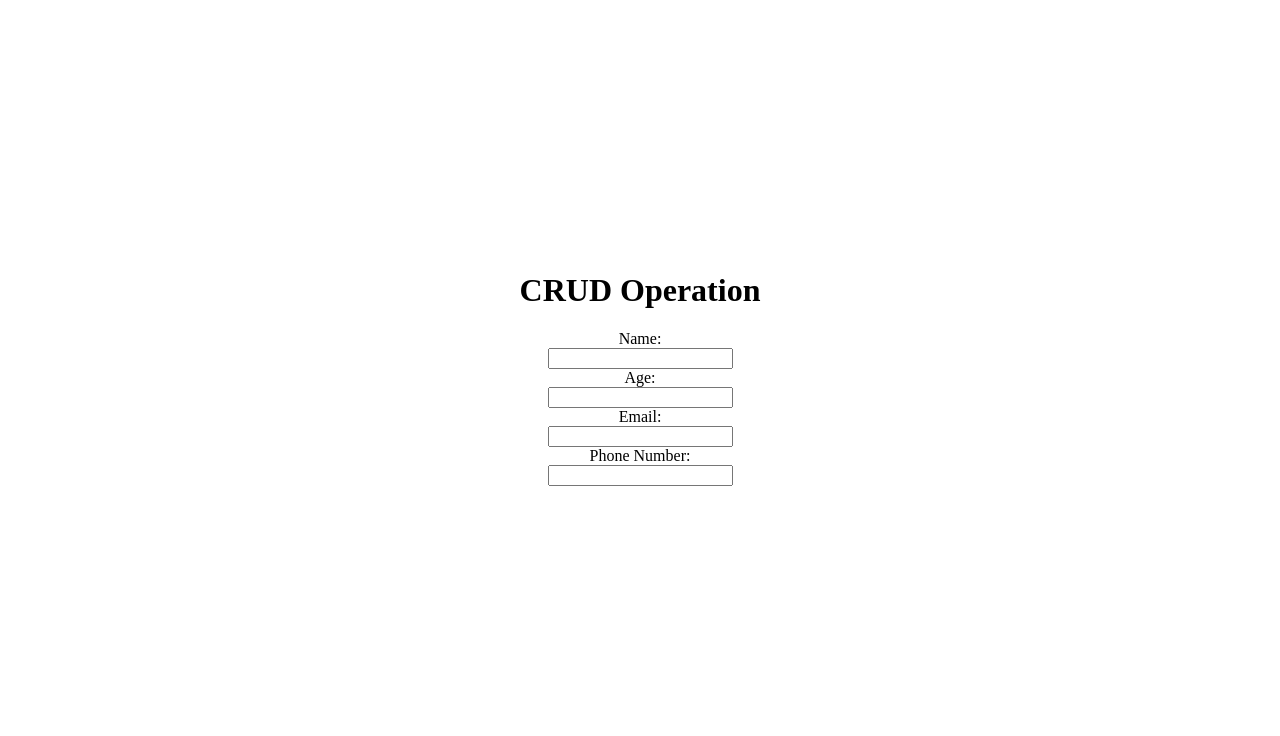
Repository: Josephkennedy603/CRUD-Operation
Page: /
These files come from the project's save history. The page is drawn as it stood at one moment and after the next save; the edit follows.
The browser window is 1280 px wide. The pictures show the whole page.
The project was rebuilt for these pictures with package versions that can differ from the ones it lists, and the page was loaded fresh each time. Also part of the build but not shown: src/index.css.

Above is the page before, as saved 2024-03-02 20:30:50.

### src/App.jsx
import { useState } from 'react';
import './App.css';

const App = () => {

const [name,setName] =useState();
const [age,setAge] =useState();
const [email,setEmail] =useState();
const [pnumber,setPnumber] =useState();

  return(
    <div className='main-container'>
    <h1>CRUD Operation</h1>
    <form  action="">
      Name: <input type="text" onClick={(e)=>setName(e.target.value)} />
      Age: <input type="text" onClick={(e)=>setAge(e.target.value)} />
      Email: <input type="text" onClick={(e)=>setEmail(e.target.value)}/>
      Phone Number: <input type="number" onClick={(e)=>setPnumber(e.target.value)}/>
    </form>
    </div>
  )
}

export default App;

### src/App.css
.main-container {
  display: flex;
  flex-direction: column;
  justify-content: center;
  align-items: center;

  height: 100vh;
}

.main-container form {
  display: flex;
  flex-direction: column;
  justify-content: center;
  align-items: center;
}

Loaded but not shown: public/index.html (common file); src/index.js (common file); src/reportWebVitals.js (common file)

After the next save:
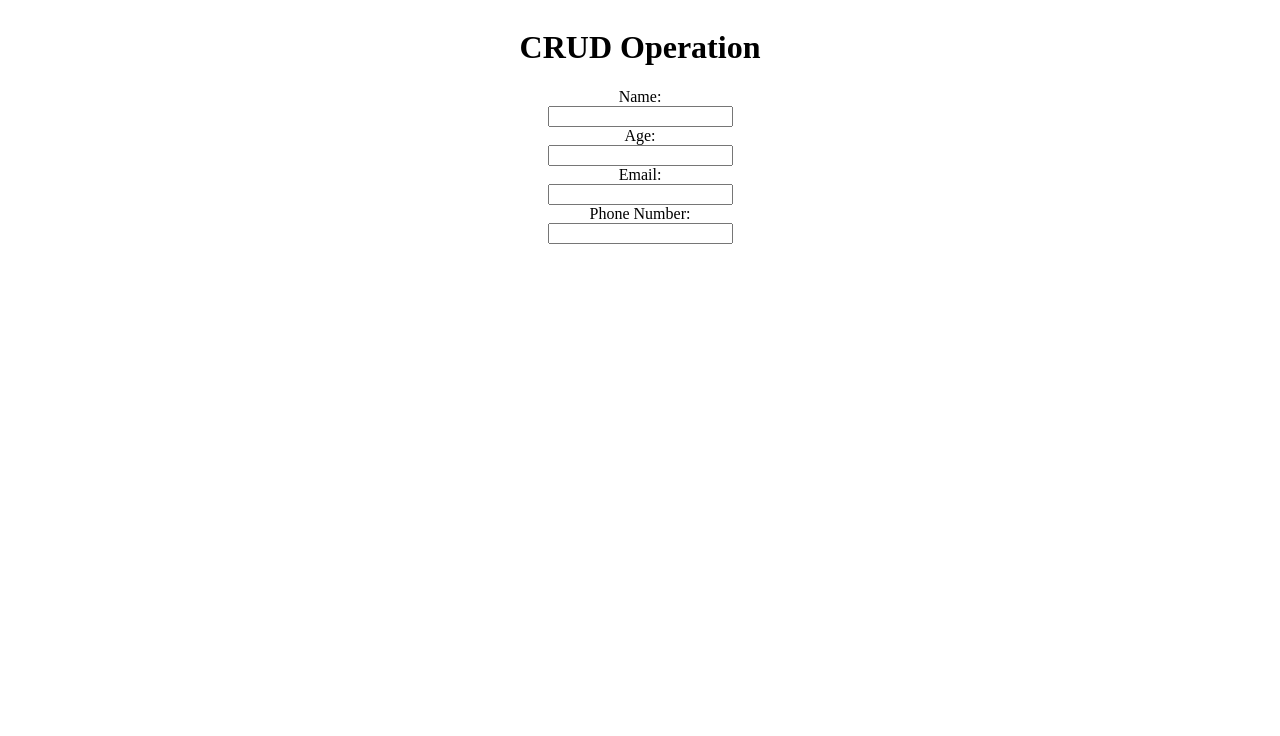
Saved 6 s later.
--- a/src/App.css
+++ b/src/App.css
@@ -1,7 +1,7 @@
 .main-container {
   display: flex;
   flex-direction: column;
-  justify-content: center;
+  justify-content: ;
   align-items: center;
 
   height: 100vh;

After the save that followed:
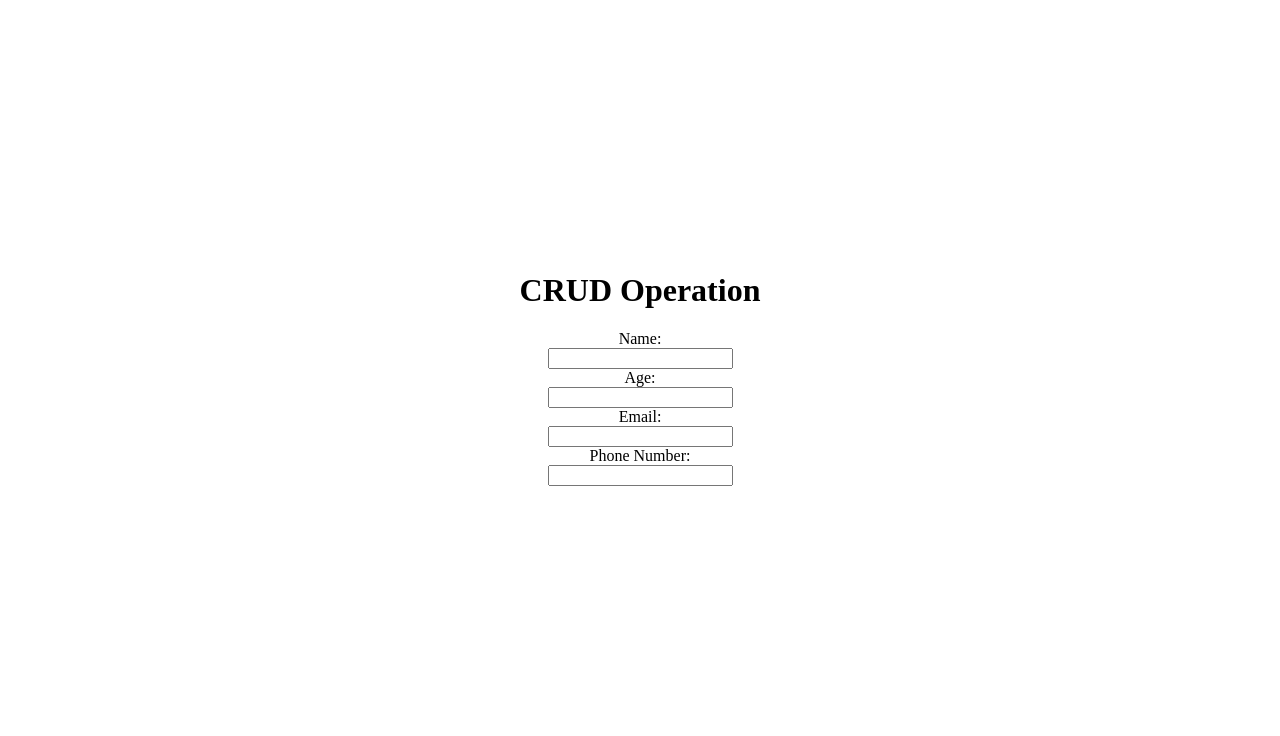
Saved 11 s later.
--- a/src/App.css
+++ b/src/App.css
@@ -1,7 +1,7 @@
 .main-container {
   display: flex;
   flex-direction: column;
-  justify-content: ;
+  justify-content: center;
   align-items: center;
 
   height: 100vh;
